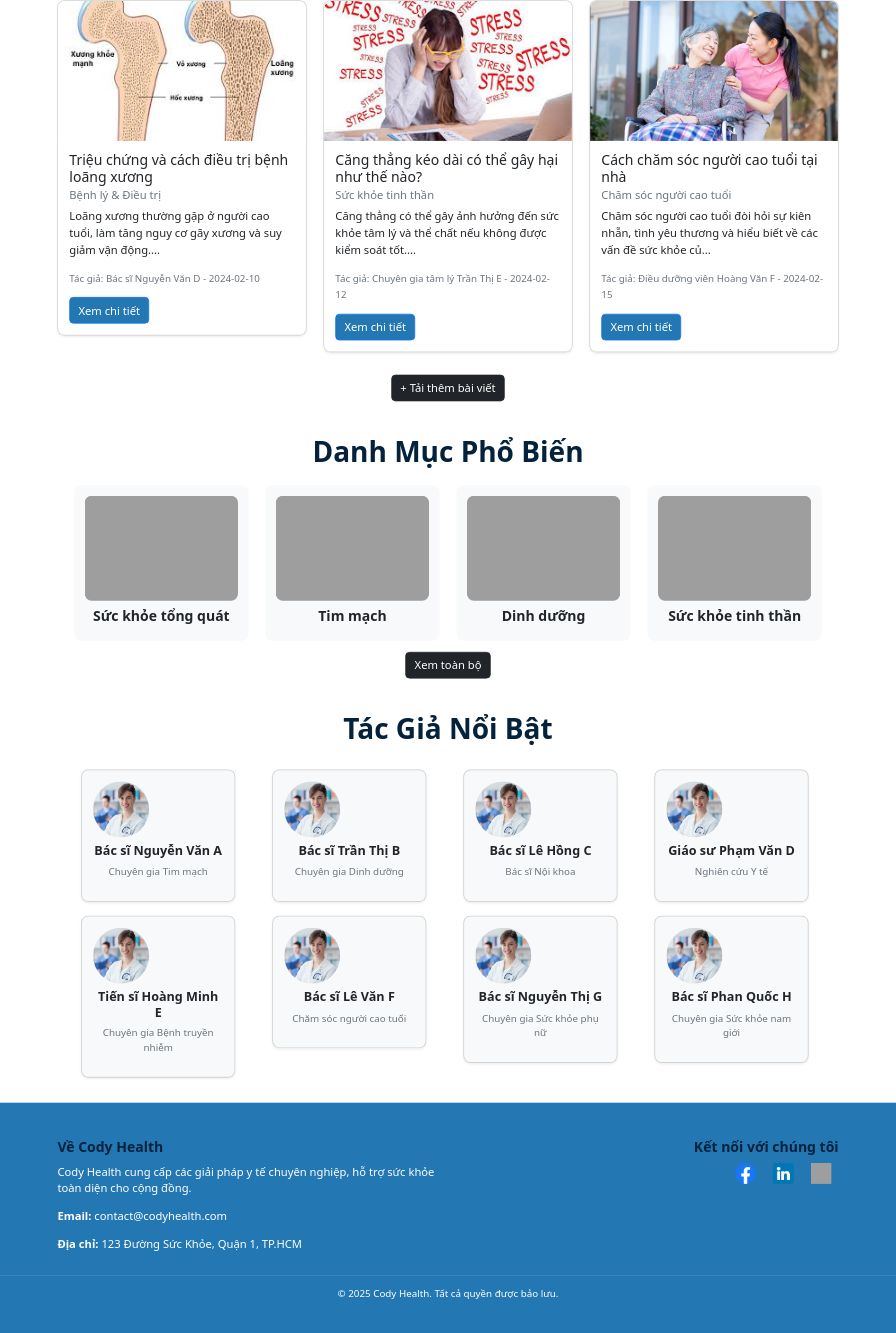
Repository: JonesKhaii/CodySocial
Page: tests/web-test/index.html
An editor plug-in stored every save of this project. The page is shown before and after a run of saves, followed by the edit.
The browser window is 1280 px wide. The pictures show the part of the page from y = 936 to 2856 px (the page is 2840 px tall before and 2856 px after), at 70% of full size.
Pictures or frames that could not be fetched are drawn as grey boxes.

Above is the page before, as saved 2025-02-10 02:38:49.

After the next 2 saves:
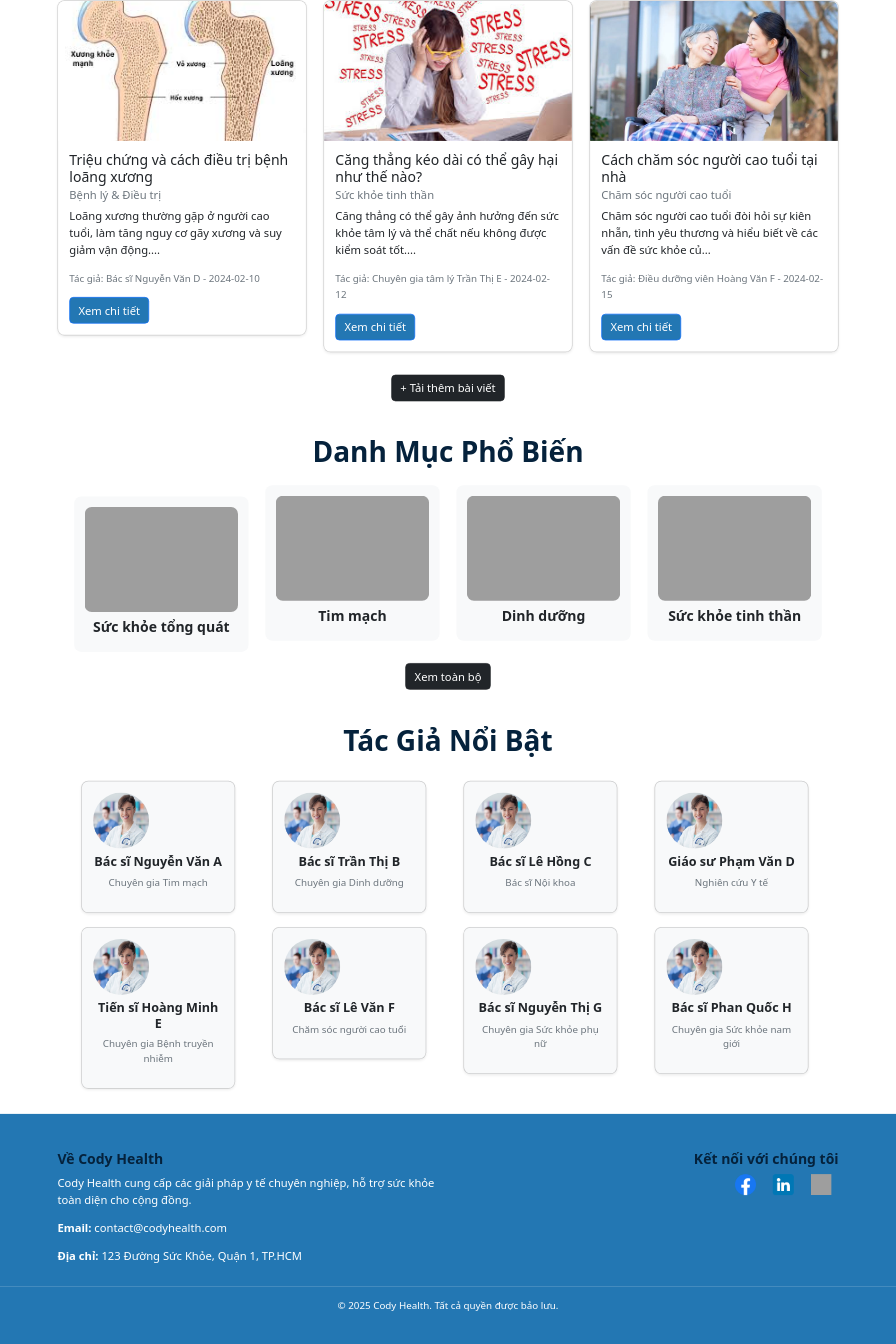
The 2 saves are shown as one change because they came seconds apart.
The last was saved 110 s later.
--- a/tests/web-test/index.html
+++ b/tests/web-test/index.html
@@ -184,7 +184,7 @@
                         <div class="row" id="PopularCategories">
                             <div class="col-md-3 category-item">
                                 <div
-                                    class="category-card"
+                                    class="category-card mt-3"
                                     data-category="Sức khỏe tổng quát"
                                 >
                                     <img

After the save that followed:
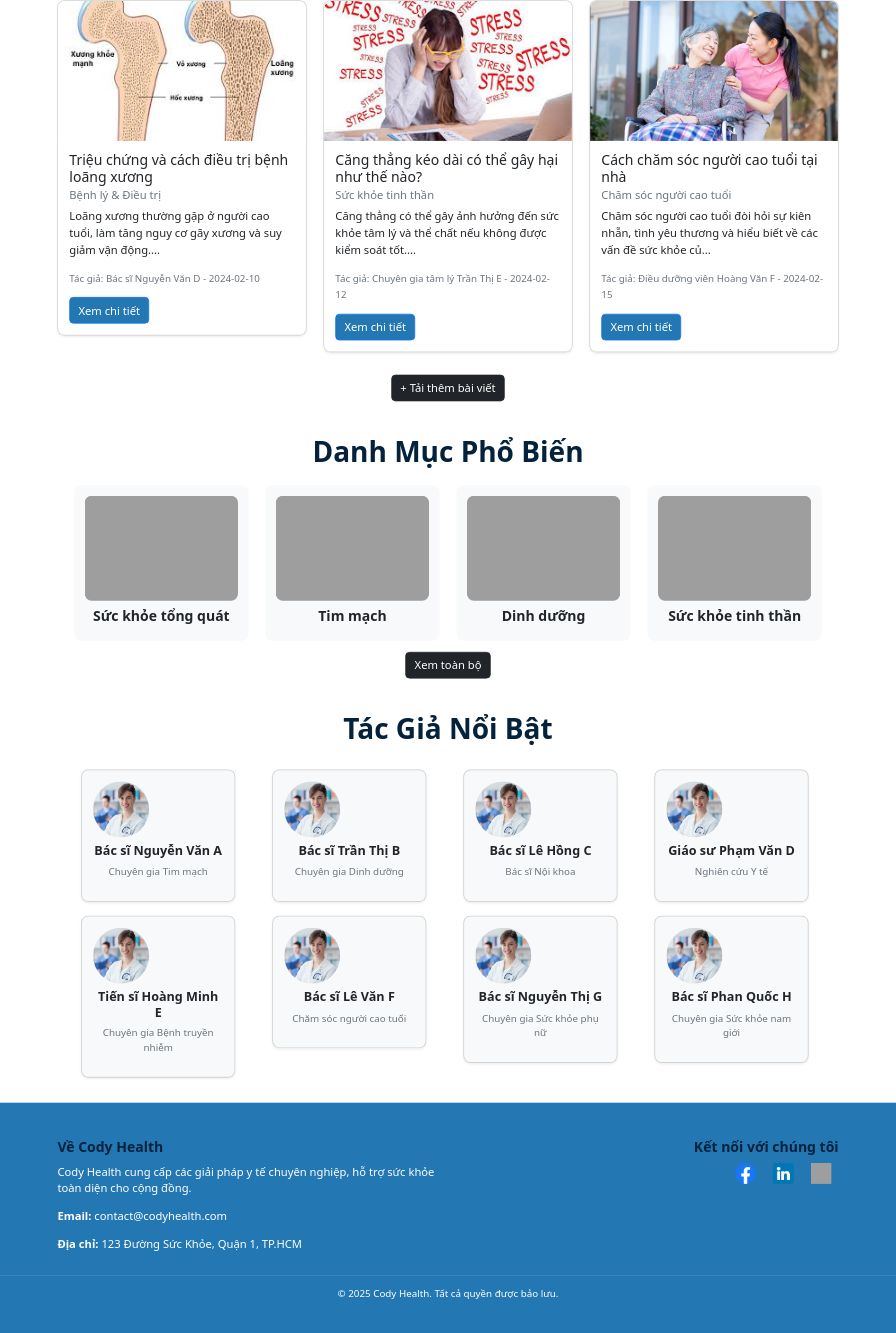
Saved 57 s later.
--- a/tests/web-test/index.html
+++ b/tests/web-test/index.html
@@ -184,7 +184,7 @@
                         <div class="row" id="PopularCategories">
                             <div class="col-md-3 category-item">
                                 <div
-                                    class="category-card mt-3"
+                                    class="category-card"
                                     data-category="Sức khỏe tổng quát"
                                 >
                                     <img
